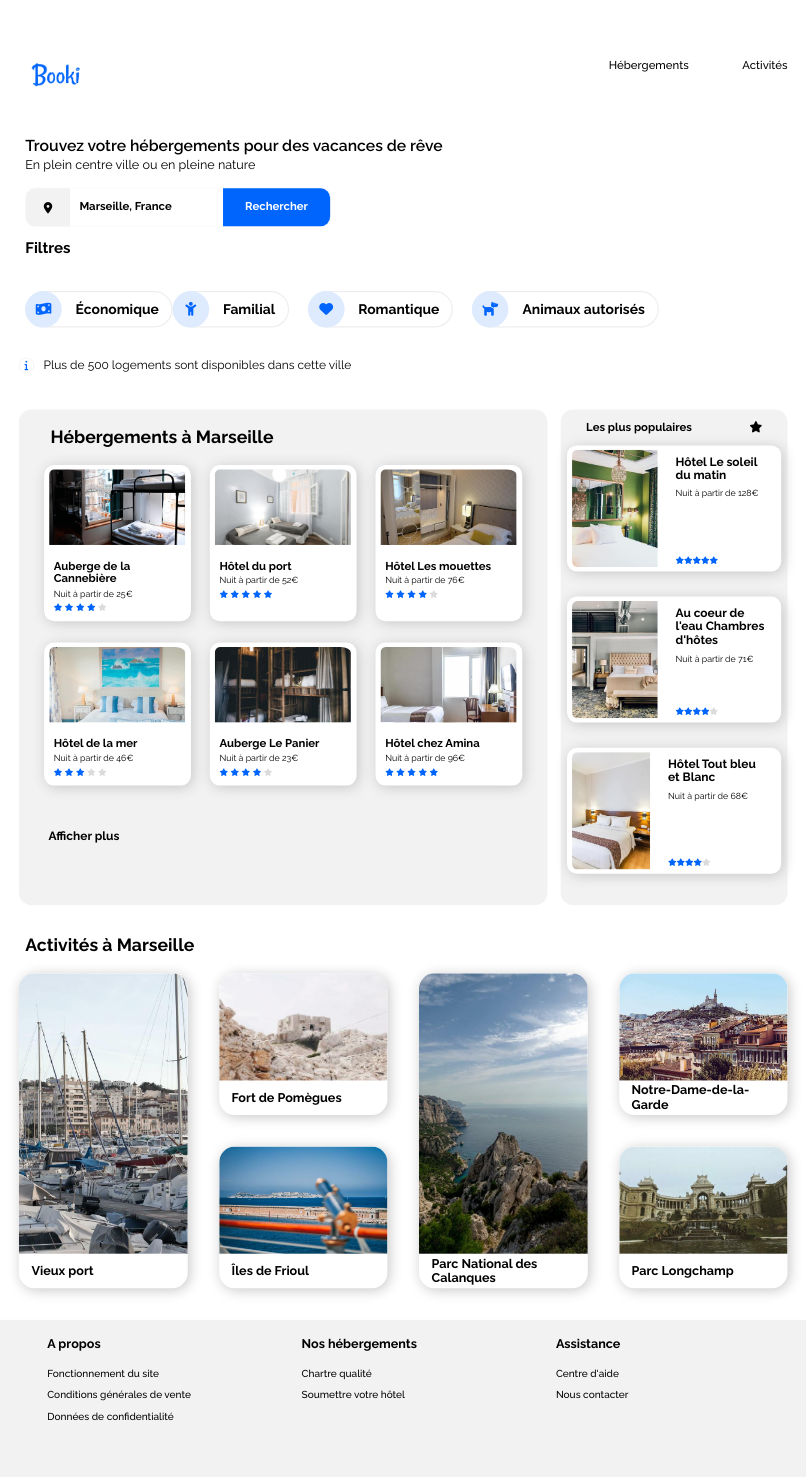
Repository: leandroBarbosaFR/booki
Page: index.html
These files come from the project's save history. The page is drawn as it stood at one moment and after the next save; the edit follows.
The browser window is 1280 px wide. The pictures show the whole page, at 63% of full size.

Above is the page before, as saved 2022-07-22 16:02:19.

After the next save:
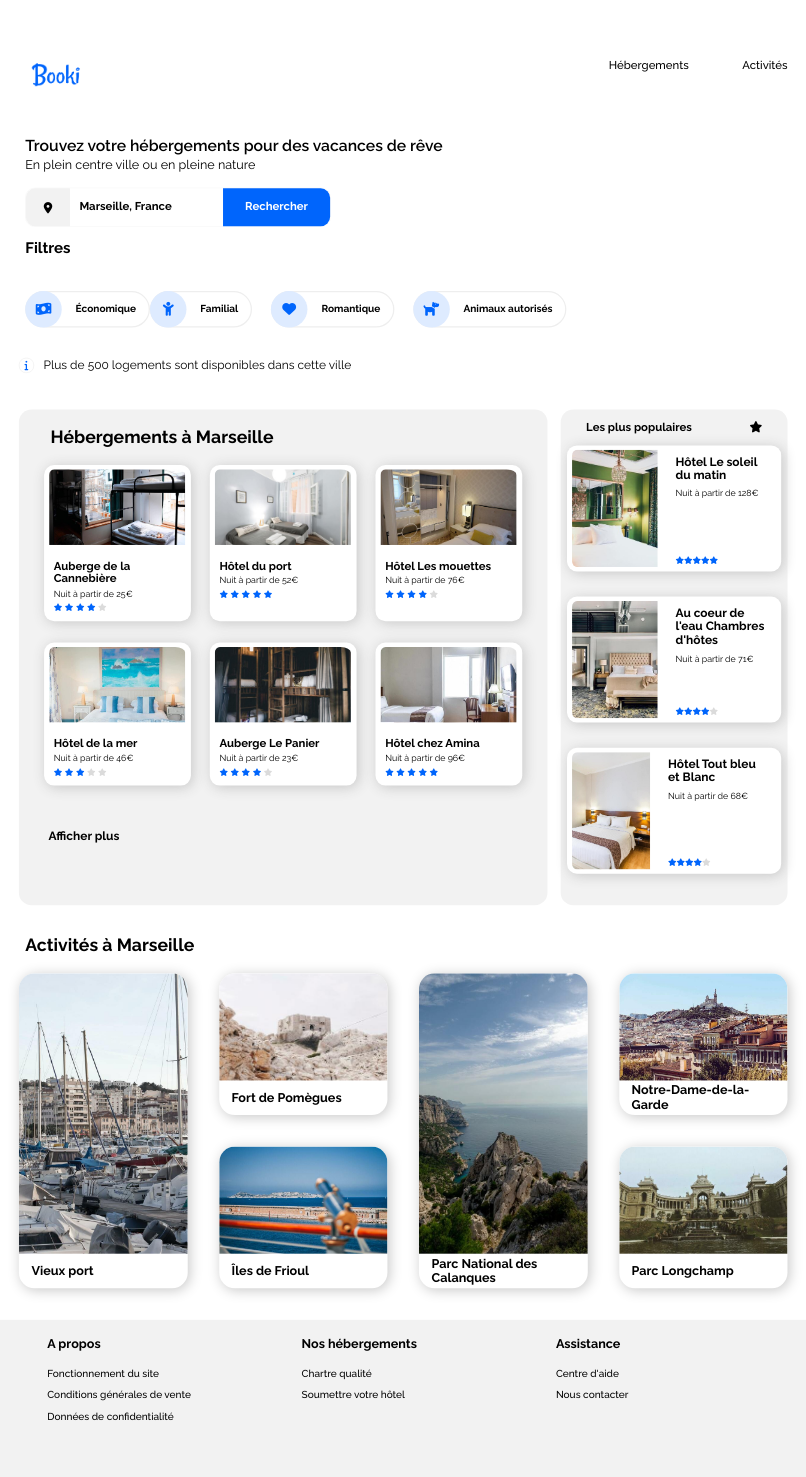
Saved 97 s later.
--- a/css/style.css
+++ b/css/style.css
@@ -185,7 +185,7 @@
 .text {
   padding-left: 20px;
   padding-right: 20px;
-  font-size: 22px;
+  font-size: 16px;
   font-weight: 700;
   margin-left: 58px;
 }
